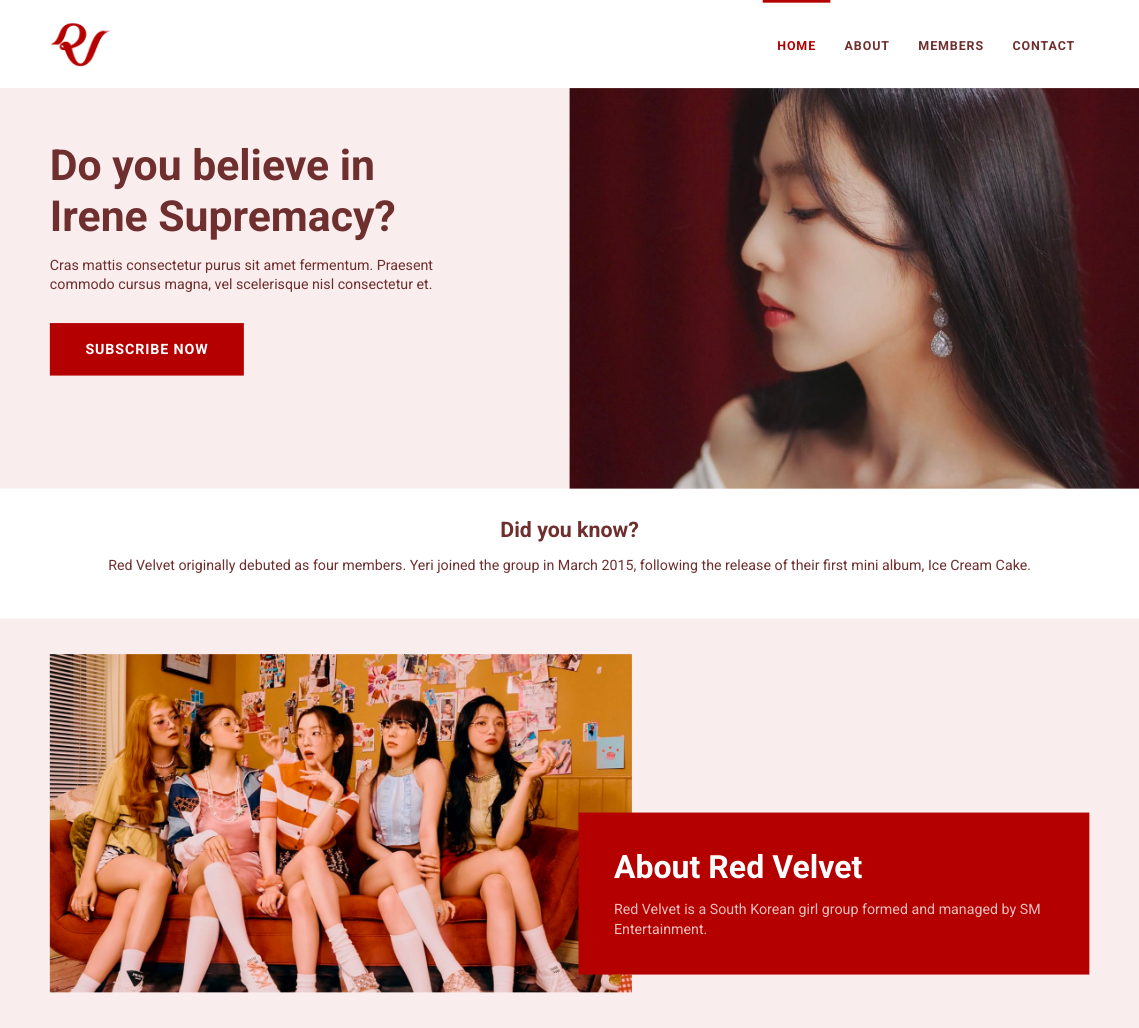
Repository: stillnotdavid/eternity-university
Page: app/index.html
An editor plug-in stored every save of this project. The page is shown before and after the next save, followed by the edit.
The browser window is 1280 px wide. The pictures show the whole page, at 89% of full size.
The style sheet was rebuilt from its Sass, Less or Tailwind sources for each picture, by a compiler version that may differ from the author's.

Above is the page before, as saved 2021-12-04 10:18:48.

After the next save:
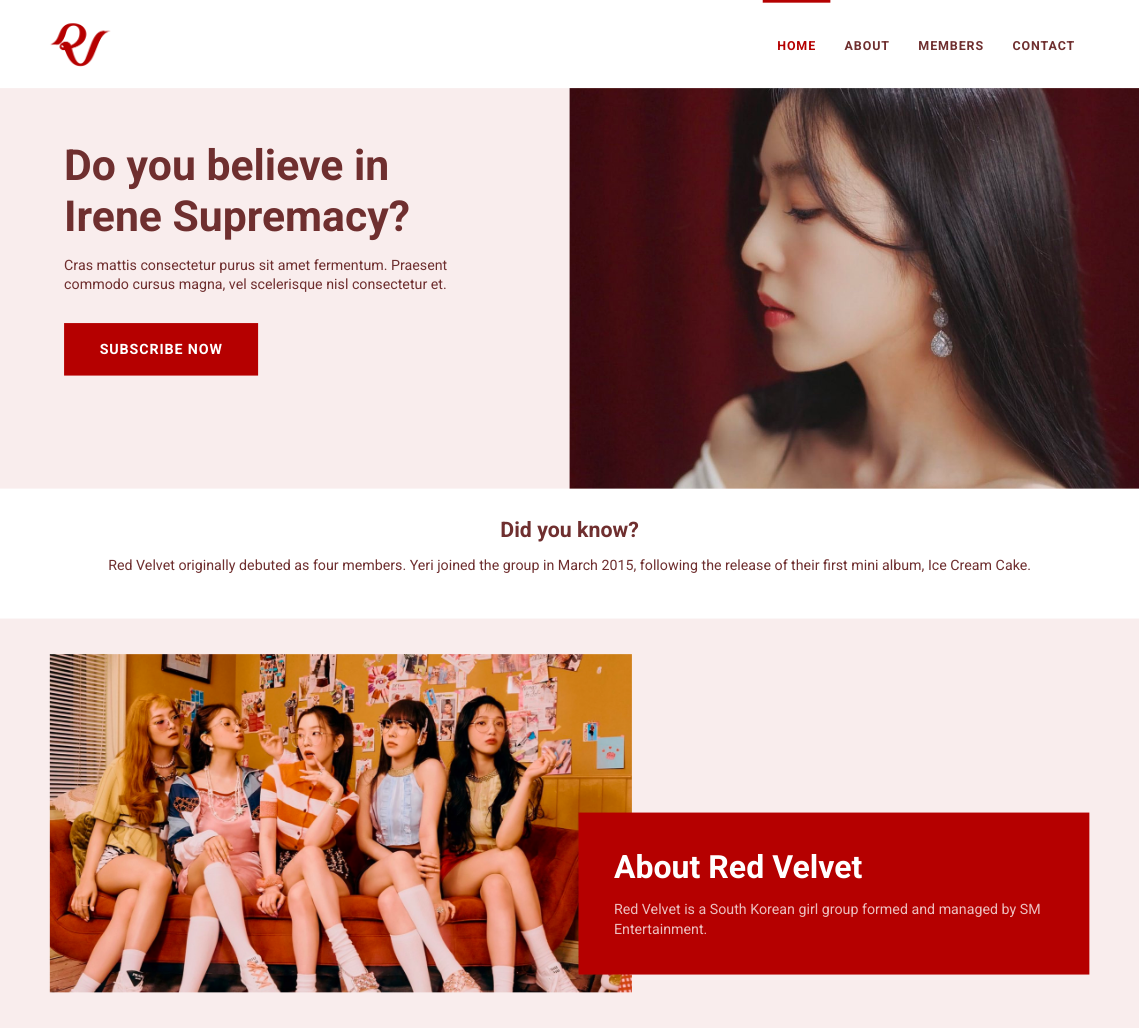
Saved 4 s later.
--- a/app/styles/main.scss
+++ b/app/styles/main.scss
@@ -30,6 +30,6 @@
     width: 100%;
     max-width: 600px;
     margin-left: auto;
-    padding: 0 $spacing-large;
+    padding: 0 $spacing-xlarge;
   }
 }
